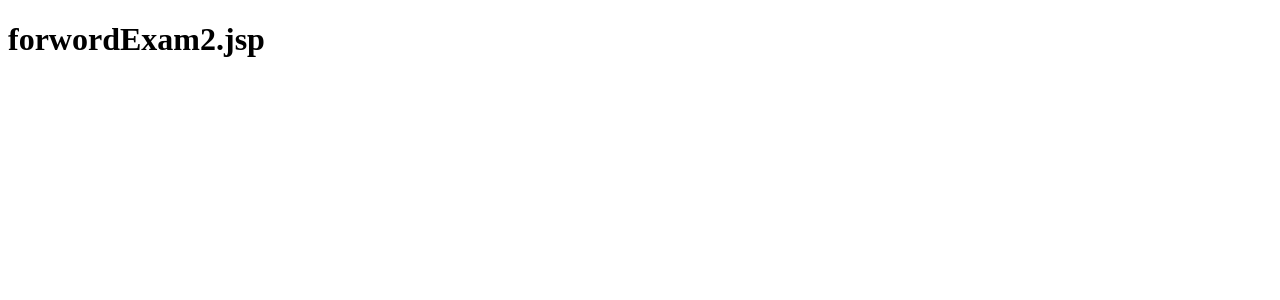
Repository: lty516/jspwork
Page: http://localhost/myjsp2/actiontag/forwordExam2.jsp
These files come from the project's save history. The page is drawn as it stood at one moment and after the next save; the edit follows.
The browser window is 1280 px wide. The pictures show the whole page.
The page is served by Tomcat 9.

Above is the page before, as saved 2020-08-14 01:48:41.

After the next save:
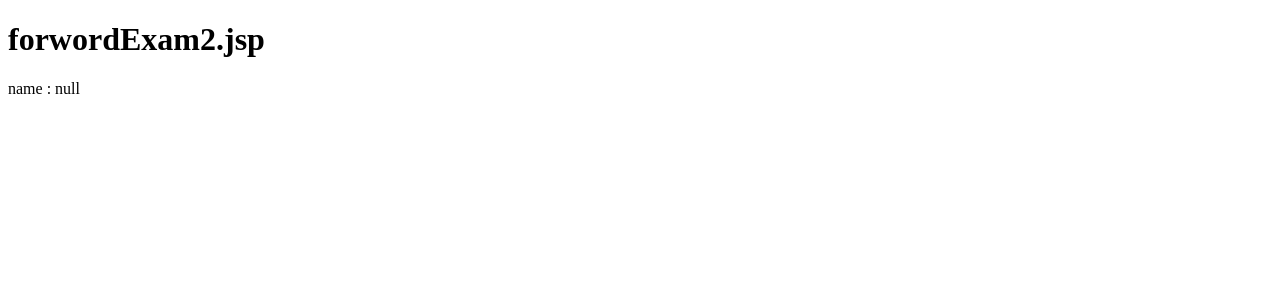
Saved 77 s later.
--- a/myjsp2/WebContent/actiontag/forwordExam2.jsp
+++ b/myjsp2/WebContent/actiontag/forwordExam2.jsp
@@ -7,6 +7,6 @@
 </head>
 	<body>
 		<h1>forwordExam2.jsp</h1>
-
+		name : <%=request.getParameter("name") %>
 	</body>
 </html>
